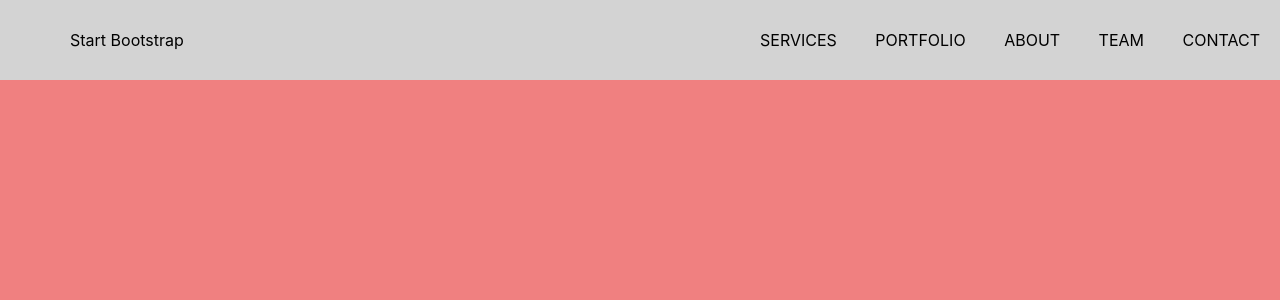
Repository: ooter37/media-queries-afternoon
Page: / (app in portfolio-clone/)
The author's editor kept a copy of each file at every save. The page is drawn from the files as they stood at one save, then again after the next save.
The browser window is 1280 px wide. The pictures show the whole page.
The project was rebuilt for these pictures with package versions that can differ from the ones it lists, and the page was loaded fresh each time.

Above is the page before, as saved 2020-04-13 13:47:25.

### portfolio-clone/src/App.js
import React from 'react';
import './App.css';
import Banner from './Components/Banner'

function App() {
  return (
    <div className="App">
      <Banner />
    </div>
  );
}

export default App;

### portfolio-clone/src/App.css
body {
  width: 100vw;
  background-color: lightcoral;
}

.header {
  width: 100%;
  height: 80px;
  background-color: lightgrey;
  display: flex;
}

.navbar {
  height: 100%;
  width: 100%;
  display: flex;
  align-items: center;
}

.buttons {
  width: 500px;
	display: flex;
	flex-direction: row;
	justify-content: space-between;
  align-items: center;
  position: fixed;
  top: 30px;
  right: 20px;

}

.start-bootstrap {
  position: fixed;
  left: 70px;
}

@media screen and (max-width: 991px) {
  .navbar {
    flex-direction: column;
  }
  .buttons {
    flex-direction: column;
    min-width: 300px;
    height: 300px;
    position: none;
  }

}

### portfolio-clone/src/Components/Banner.js
import React from 'react'



export default class Banner extends React.Component {
    constructor() {
        super()

    }
    render() {
        return (
            <header className='header'>
                <nav className='navbar'>
                    <div className='start-bootstrap'>Start Bootstrap</div>
                    <div className='buttons'>

                            <div>SERVICES</div>

                            <div>PORTFOLIO</div>

                            <div>ABOUT</div>

                            <div>TEAM</div>

                            <div>CONTACT</div>

                    </div>
                </nav>
            </header>
        )
    }
}

Loaded but not shown: portfolio-clone/public/index.html (common file); portfolio-clone/src/index.js (common file); portfolio-clone/src/index.css (common file); portfolio-clone/src/serviceWorker.js (common file)

After the next save:
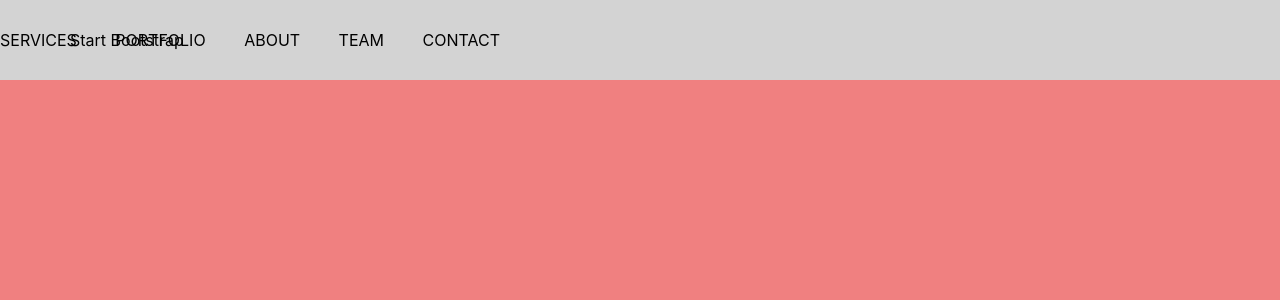
Saved 27 s later.
--- a/portfolio-clone/src/App.css
+++ b/portfolio-clone/src/App.css
@@ -24,8 +24,7 @@
 	justify-content: space-between;
   align-items: center;
   position: fixed;
-  top: 30px;
-  right: 20px;
+
 
 }
 

After the save that followed:
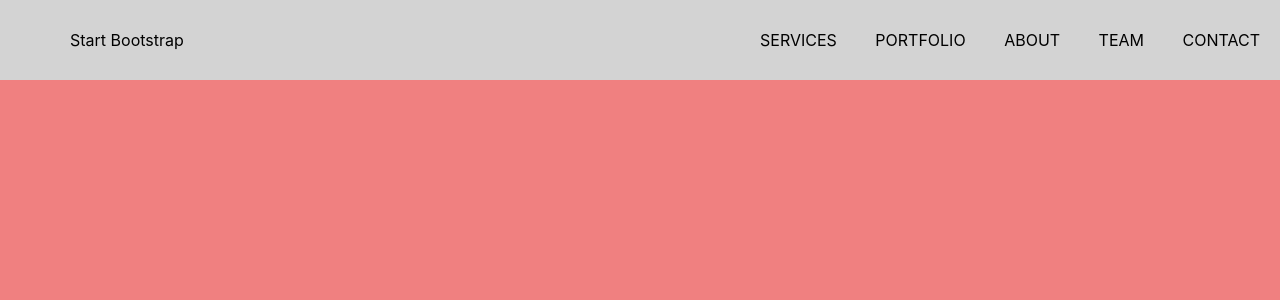
Saved 6 s later.
--- a/portfolio-clone/src/App.css
+++ b/portfolio-clone/src/App.css
@@ -24,7 +24,8 @@
 	justify-content: space-between;
   align-items: center;
   position: fixed;
-
+  top: 30px;
+  right: 20px;
 
 }
 
